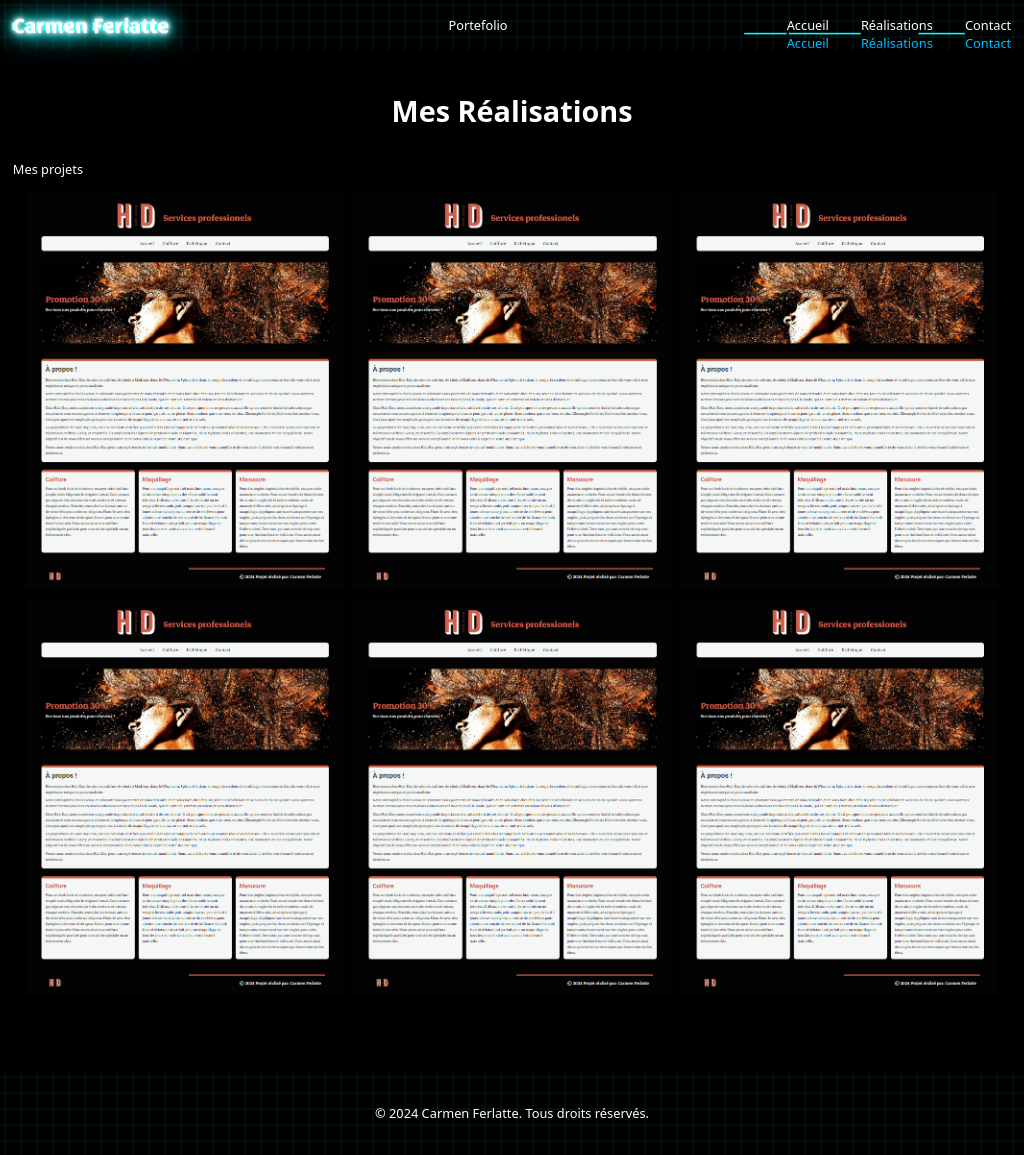
Repository: CarmenFerlatte/TP3__FerlatteCarmen
Page: realisations.html
An editor plug-in stored every save of this project. The page is shown before and after the next save, followed by the edit.
The browser window is 1280 px wide. The pictures show the whole page, at 80% of full size.
Some web libraries are served in a nearby version.

Above is the page before, as saved 2024-08-14 14:47:41.
Console error: TypeError: Cannot read properties of null (reading 'addEventListener')

After the next save:
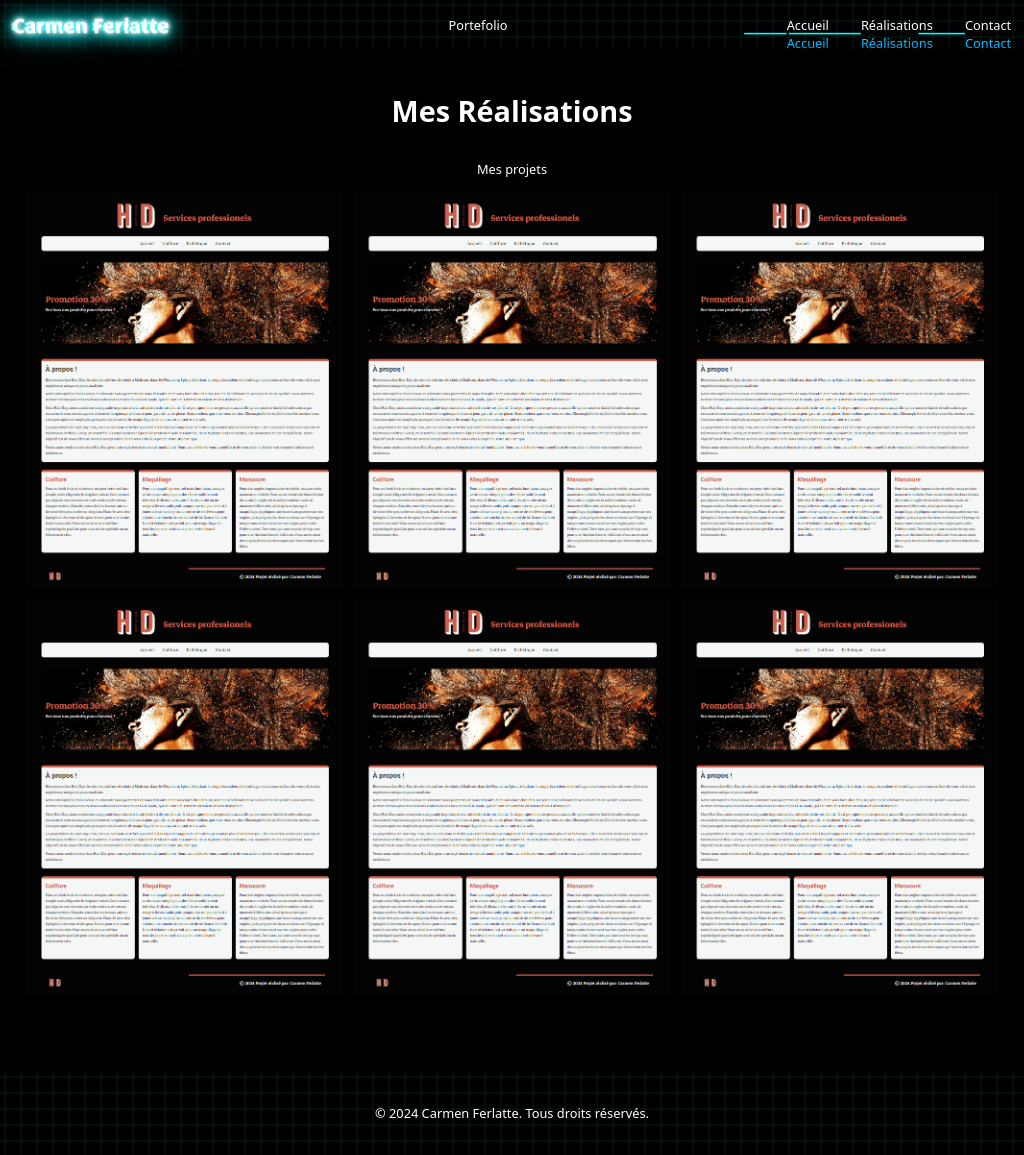
Saved 13 s later.
--- a/realisations.html
+++ b/realisations.html
@@ -26,7 +26,7 @@
 <main>
     <section class="container mx-auto px-4 py-20">
         <h1 class="text-4xl font-bold text-center mb-10 pt-10">Mes Réalisations</h1>
-        <h2>Mes projets</h2>
+        <h2 class="text-center">Mes projets</h2>
 
         <div class="grid grid-cols-2 md:grid-cols-3 gap-3 p-4 w-full m-auto place-items-center">
             <img class="hover:opacity-75" src="img/screenshots/mon_projet__01__salon_de_coiffure.png" alt="image">
